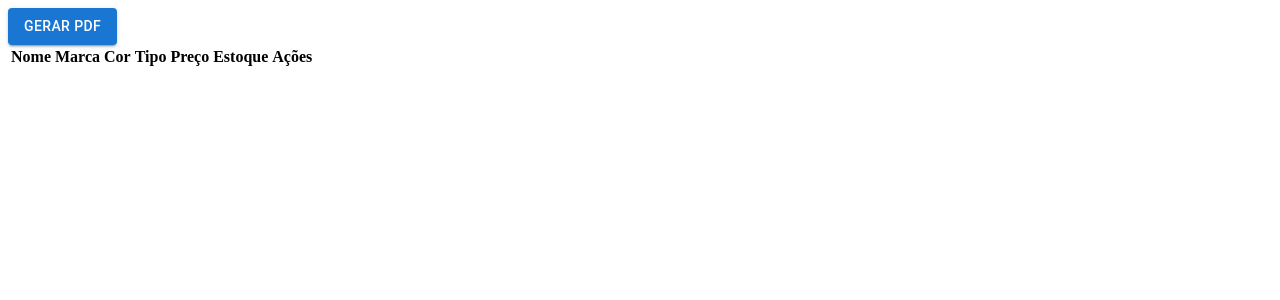
Repository: yasmimSM2007/aula08
Page: / (app in cliente/)
The author's editor kept a copy of each file at every save. The page is drawn from the files as they stood at one save, then again after the next save.
The browser window is 1280 px wide. The pictures show the whole page.
The page's requests for data from a server got no answer. The project was rebuilt for these pictures with package versions that can differ from the ones it lists, and the page was loaded fresh each time. No one was signed in, and anything a server would have sent is missing. Also part of the build but not shown: cliente/src/pages/Registro.jsx, cliente/src/pages/Altera.jsx.

Above is the page before, as saved 2025-01-24 15:45:31.

### cliente/src/main.jsx
import { StrictMode } from 'react'
import { createRoot } from 'react-dom/client'
import { BrowserRouter, Route, Routes } from 'react-router-dom'
import Home from './pages/Home'
import Registrar from './pages/Registro'
import Alterar from './pages/Altera'

createRoot(document.getElementById('root')).render(
  <StrictMode>
    <BrowserRouter>
       <Routes>
            <Route path="/" element={<Home/>}/>
            <Route path="/registro" element={<Registrar/>}/>
            <Route path="/alterar/:id" element={<Alterar/>}/>
       </Routes>
    </BrowserRouter>
  </StrictMode>,
)

### cliente/src/pages/Home.jsx
import { useEffect, useState } from "react";
import { jsPDF } from "jspdf";
import "jspdf-autotable";
import { Link } from "react-router-dom";
import { Button } from "@mui/material";
import DeleteForever from "@mui/icons-material/DeleteForever";

export default function Home() {
  const [esmaltes, setEsmaltes] = useState([]);

  useEffect(() => {
    const buscarEsmaltes = async () => {
      try {
        const resposta = await fetch("http://localhost:3000/esmaltes");
        const dados = await resposta.json();
        setEsmaltes(dados);
      } catch {
        alert("Erro ao buscar esmaltes!");
      }
    };
    buscarEsmaltes();
  }, []);

  const removerEsmalte = async (id) => {
    try {
      await fetch(`http://localhost:3000/esmaltes/${id}`, {
        method: "DELETE",
      });
      setEsmaltes(esmaltes.filter((esmalte) => esmalte.id !== id));
    } catch {
      alert("Erro ao remover esmalte!");
    }
  };

  const exportarPDF = () => {
    const doc = new jsPDF();
    const tabela = esmaltes.map((esmalte) => [
      esmalte.id,
      esmalte.name,
      esmalte.brand,
      esmalte.color,
      esmalte.type,
      `R$ ${esmalte.price.toFixed(2)}`,
      esmalte.stock,
    ]);
    doc.text("Lista de Esmaltes", 10, 10);
    doc.autoTable({
      head: [["ID", "Nome", "Marca", "Cor", "Tipo", "Preço", "Estoque"]],
      body: tabela,
    });
    doc.save("esmaltes.pdf");
  };

  return (
    <div>
      <Button variant="contained" onClick={exportarPDF}>
        Gerar PDF
      </Button>
      <table>
        <thead>
          <tr>
            <th>Nome</th>
            <th>Marca</th>
            <th>Cor</th>
            <th>Tipo</th>
            <th>Preço</th>
            <th>Estoque</th>
            <th>Ações</th>
          </tr>
        </thead>
        <tbody>
          {esmaltes.map((esmalte) => (
            <tr key={esmalte.id}>
              <td>{esmalte.name}</td>
              <td>{esmalte.brand}</td>
              <td>{esmalte.color}</td>
              <td>{esmalte.type}</td>
              <td>R$ {esmalte.price.toFixed(2)}</td>
              <td>{esmalte.stock}</td>
              <td>
                <button onClick={() => removerEsmalte(esmalte.id)}>
                  <DeleteForever />
                </button>
                <Link to={`/alterar/${esmalte.id}`}>
                  <button>Alterar</button>
                </Link>
              </td>
            </tr>
          ))}
        </tbody>
      </table>
    </div>
  );
}

After the next save:
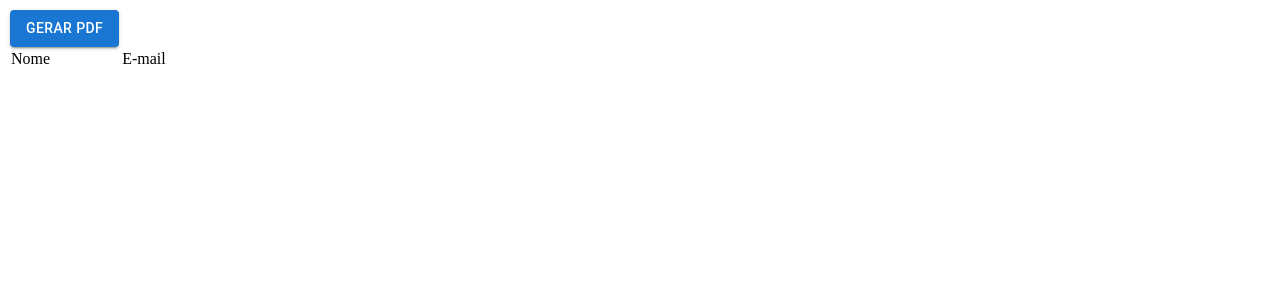
Saved 3 s later.
--- a/cliente/src/pages/Home.jsx
+++ b/cliente/src/pages/Home.jsx
@@ -1,94 +1,75 @@
 import { useEffect, useState } from "react";
 import { jsPDF } from "jspdf";
 import "jspdf-autotable";
-import { Link } from "react-router-dom";
+import {Link} from "react-router-dom"
 import { Button } from "@mui/material";
-import DeleteForever from "@mui/icons-material/DeleteForever";
+import DeleteForever from '@mui/icons-material/DeleteForever'
 
 export default function Home() {
-  const [esmaltes, setEsmaltes] = useState([]);
+
+  const [usuarios, setUsuarios] = useState([]);
 
   useEffect(() => {
-    const buscarEsmaltes = async () => {
+    const buscarUsuario = async () => {
       try {
-        const resposta = await fetch("http://localhost:3000/esmaltes");
+        const resposta = await fetch("http://localhost:3000/usuarios");
         const dados = await resposta.json();
-        setEsmaltes(dados);
+        setUsuarios(dados);
       } catch {
-        alert("Erro ao buscar esmaltes!");
+        alert('Ocorreu um erro no app!');
       }
-    };
-    buscarEsmaltes();
-  }, []);
+    }
+    buscarUsuario();
+  }, [usuarios]);
 
-  const removerEsmalte = async (id) => {
-    try {
-      await fetch(`http://localhost:3000/esmaltes/${id}`, {
-        method: "DELETE",
+  const removerPessoa = async (id) => {
+    try{
+      await fetch('http://localhost:3000/usuarios/'+id, {
+        method: 'DELETE'
       });
-      setEsmaltes(esmaltes.filter((esmalte) => esmalte.id !== id));
-    } catch {
-      alert("Erro ao remover esmalte!");
+
+    }catch{
+      alert('Ocorreu um erro na aplicação')
     }
   };
 
-  const exportarPDF = () => {
+  const exportarPDF = () =>{
     const doc = new jsPDF();
-    const tabela = esmaltes.map((esmalte) => [
-      esmalte.id,
-      esmalte.name,
-      esmalte.brand,
-      esmalte.color,
-      esmalte.type,
-      `R$ ${esmalte.price.toFixed(2)}`,
-      esmalte.stock,
+    const tabela = usuarios.map ( usuario =>[
+      usuario.id,
+      usuario.nome,
+      usuario.email
     ]);
-    doc.text("Lista de Esmaltes", 10, 10);
-    doc.autoTable({
-      head: [["ID", "Nome", "Marca", "Cor", "Tipo", "Preço", "Estoque"]],
-      body: tabela,
-    });
-    doc.save("esmaltes.pdf");
-  };
+    doc.text("Lista de usuarios",10,10);
+    doc.autoTable ({
+      head: [["ID", "Nome", "Email"]],
+      body: tabela
+  });
+     doc.save("alunos.pdf");
+  }
 
   return (
     <div>
-      <Button variant="contained" onClick={exportarPDF}>
-        Gerar PDF
-      </Button>
-      <table>
-        <thead>
-          <tr>
-            <th>Nome</th>
-            <th>Marca</th>
-            <th>Cor</th>
-            <th>Tipo</th>
-            <th>Preço</th>
-            <th>Estoque</th>
-            <th>Ações</th>
-          </tr>
-        </thead>
-        <tbody>
-          {esmaltes.map((esmalte) => (
-            <tr key={esmalte.id}>
-              <td>{esmalte.name}</td>
-              <td>{esmalte.brand}</td>
-              <td>{esmalte.color}</td>
-              <td>{esmalte.type}</td>
-              <td>R$ {esmalte.price.toFixed(2)}</td>
-              <td>{esmalte.stock}</td>
-              <td>
-                <button onClick={() => removerEsmalte(esmalte.id)}>
-                  <DeleteForever />
-                </button>
-                <Link to={`/alterar/${esmalte.id}`}>
-                  <button>Alterar</button>
-                </Link>
-              </td>
-            </tr>
-          ))}
-        </tbody>
-      </table>
+    <table>
+    <Button variant = "contained" onClick={()=> exportarPDF()}>Gerar PDF</Button>
+      <tr>
+        <td>Nome</td>
+        <td>E-mail</td>
+      </tr>
+      {usuarios.map((usuario) =>
+        <tr key={usuario.id}>
+          <td>{usuario.nome}</td>
+          <td>{usuario.email}</td>
+          <td><button onClick={() => removerPessoa(usuario.id)}>
+            <DeleteForever/>
+          </button>
+          <Link to={'/alterar/' + usuario.id}>
+          <button>Alterar</button>
+          </Link>
+          </td>
+        </tr>
+      )}
+    </table>
     </div>
   );
 }
